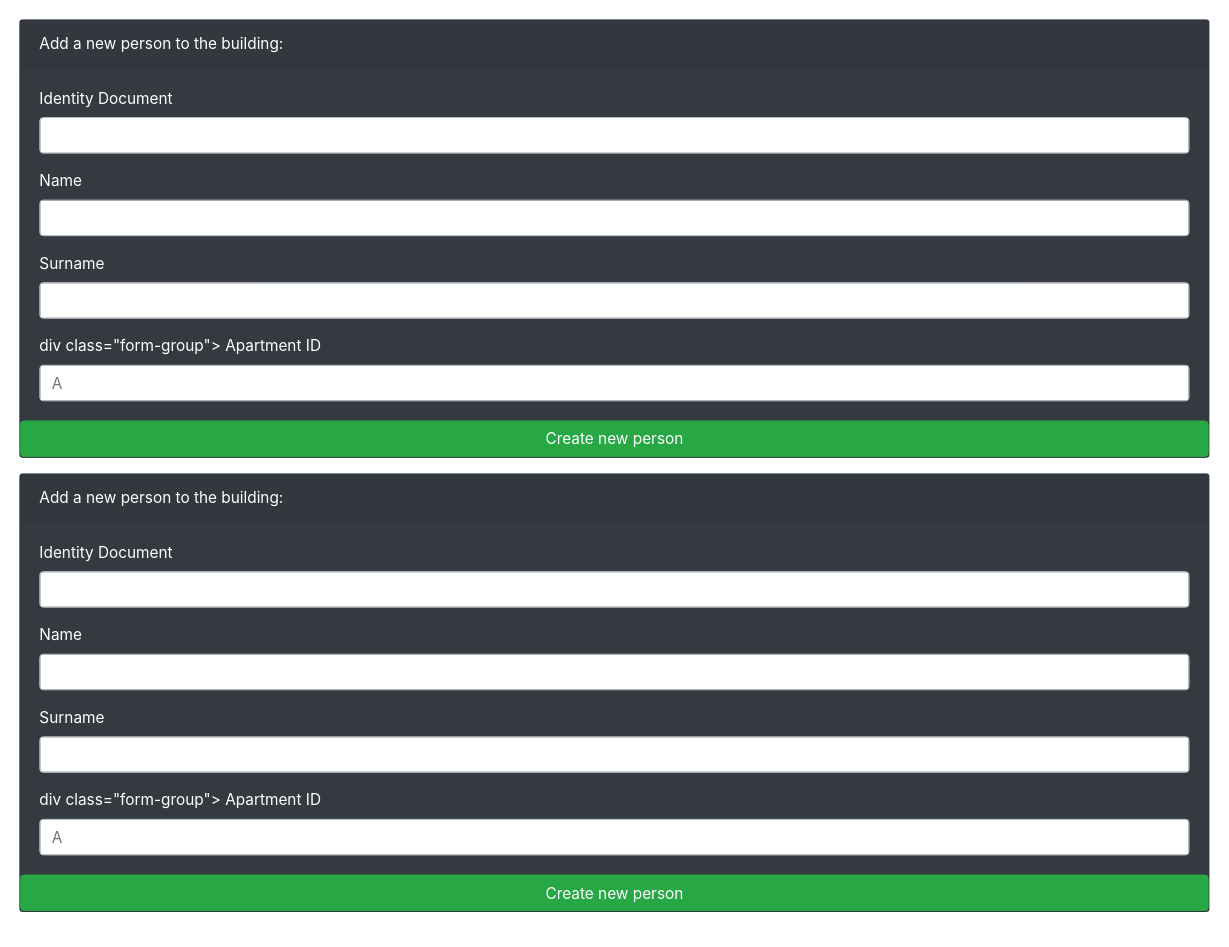
Repository: JMarJus/TalleresDUAL_2
Page: http://localhost/addFloor
The author's editor kept a copy of each file at every save. The page is drawn from the files as they stood at one save, then again after the next save.
The browser window is 1280 px wide. The pictures show the whole page, at 96% of full size.
The page is this project's Thymeleaf template; nobody is signed in. The template is opened directly, without the code that normally fills it, so the values that code supplies are empty.

Above is the page before, as saved 2023-12-22 18:59:14.
Console error: TypeError: Cannot read properties of undefined (reading 'fn')

After the next save:
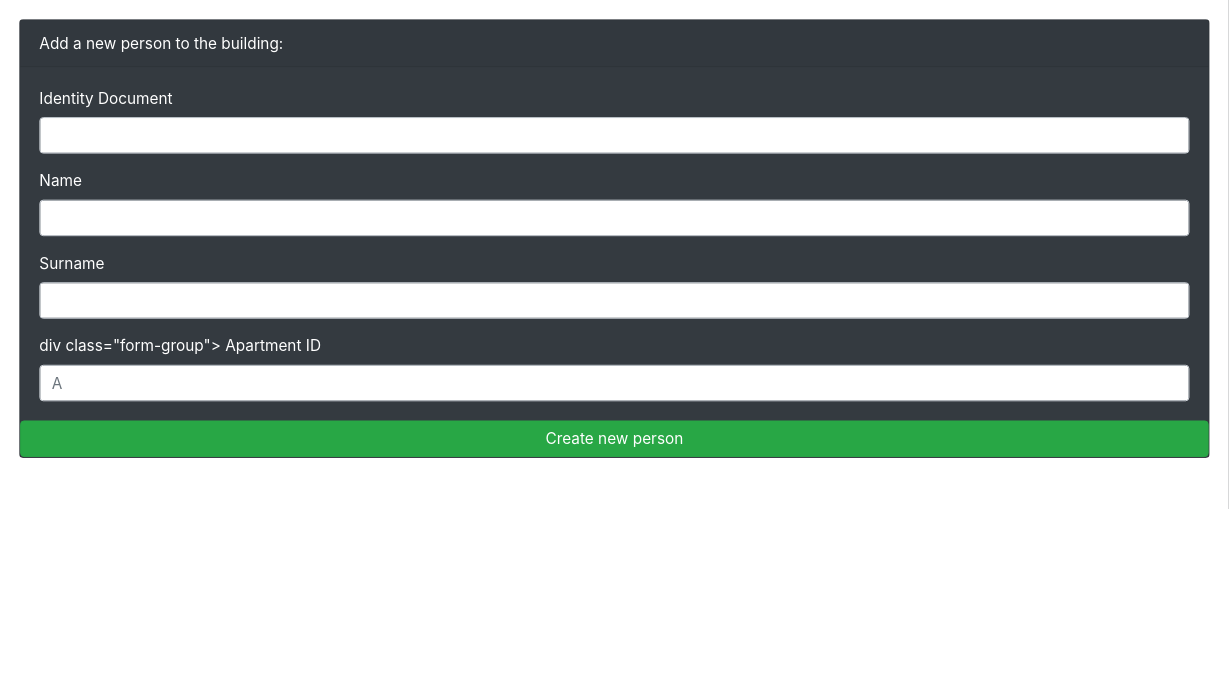
Saved 30 s later.
--- a/spring01/src/main/resources/templates/addFloor.html
+++ b/spring01/src/main/resources/templates/addFloor.html
@@ -31,29 +31,5 @@
 				</form>
 			</div>
 		</div>
-		<div class="card text-white bg-dark mb-3">
-			<div class="card-header">Add a new person to the building:</div>
-		  		<div class="card-body">
-					<form th:action="@{/postAddPerson}" th:object="${person}" method="POST">
-						<div class="form-group">
-			  				<label for="identityDoc">Identity Document</label>
-			  				<input type="text" required="required" class="form-control" id="identityDoc" name="identityDoc">
-						</div>
-						<div class="form-group">
-							<label for="name">Name</label>
-							<input type="text" required="required" class="form-control" id="name" name="name">
-						</div>
-						<div class="form-group">
-							<label for="surname">Surname</label>
-							<input type="text" required="required" class="form-control" id="surname" name="surname">
-						</div>
-						div class="form-group">
-							<label for="apartment">Apartment ID</label>
-							<input type="text" required="required" class="form-control" id="apartmentId" name="apartmentId" placeholder="A">
-						</div>
-					<button type="submit" name="btnNewPerson" class="btn btn-success">Create new person</button>
-				</form>
-			</div>
-		</div>
 	</body>
 </html>
